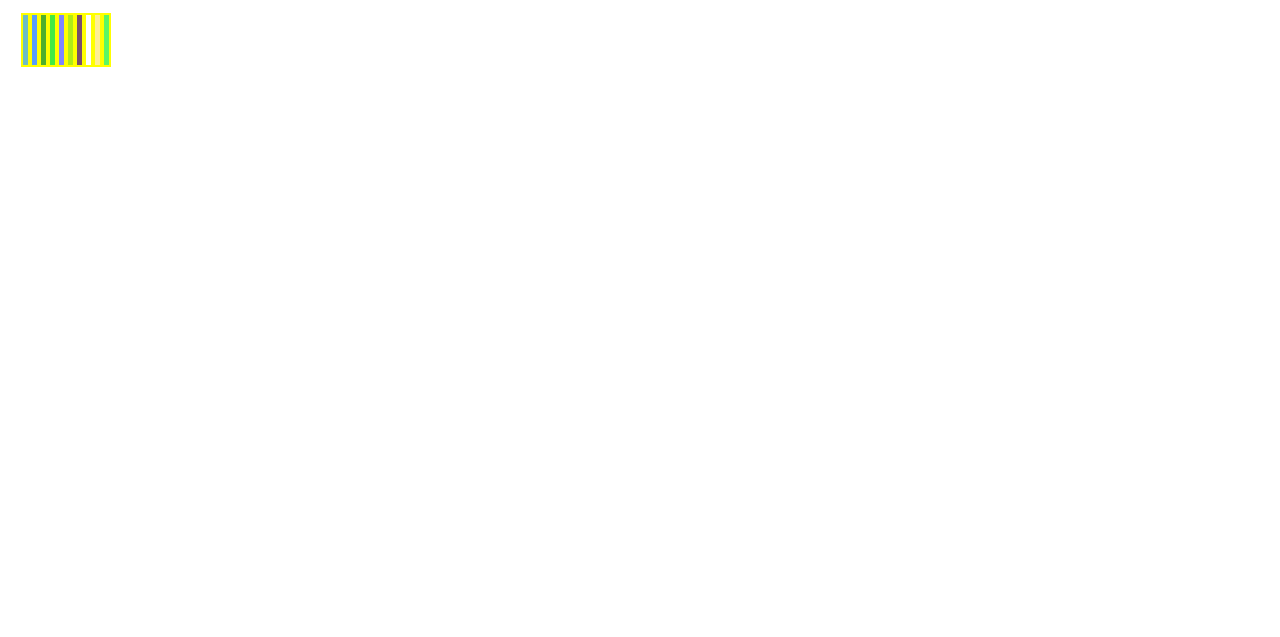
Repository: batonAnton/cursor_hw_10
Page: index.html
These files come from the project's save history. The page is drawn as it stood at one moment and after the next save; the edit follows.
The browser window is 1280 px wide. The pictures show the whole page.

Above is the page before, as saved 2023-01-31 14:09:40.

### index.html
<!DOCTYPE html>
<html lang="en">
<head>
    <meta charset="UTF-8">
    <meta http-equiv="X-UA-Compatible" content="IE=edge">
    <meta name="viewport" content="width=device-width, initial-scale=1.0">
    <title>DOM</title>
    <link rel="stylesheet" href="./css/style.css">
</head>
<body>
    <div class="wrapper">
        <div class="container">
            <div class="row"></div>



            </div>
            <!-- <div id="myDiv" class="box"></div> -->

            </div>
    </div>

    <script src="/index.js"></script>
</body>
</html>

### css/style.css
/* .wrapper{
    margin: 50px auto;
} */
.container{
    display: flex;
    justify-content: center;

}
.box{
    width: 50px;
    height: 50px;
    /* background-color: #FA8072; */
    margin: 5px 0;
    border: 2px solid yellow;
}

.row{
    display: flex;
    justify-content: center;
}

.container {
    display: grid;
            grid-template-columns: repeat(5, 90px);
            grid-auto-rows: 50px;
            grid-gap: 10px;
            width: 516px;
  }
  .div  {
    width: 90px;
    flex: 0 0 50px;
    margin: 5px;
    background-color: red;
  }

### index.js
const row = document.querySelector(".row");

function generateBlocks(){
    // for(let i = 0; i < 5; i++){
        for(let i = 0; i < 10; i++){
            const div = document.createElement("div");
            div.style.backgroundColor = "#" + Math.floor(Math.random()*16777215).toString(16);
            div.classList.add("box");
            row.prepend(div);


        }
}
// }

generateBlocks();
// function changeBackGround() {
//     const randomColor = Math.floor(Math.random()*16777215).toString(16);
//      document.getElementById("myDiv").style.backgroundColor = "#" + randomColor;
//     console.log(block);

// }
// // }

// generateBlocks();

// function generateBlocksInterval(){
//     const randomColor = Math.floor(Math.random()*16777215).toString(16);
//     const element = document.querySelectorAll("div")
//     myDiv.style.backgroundColor = "#" + randomColor;
//     myDiv.innerHTML = "#" + randomColor;
// }

// generateBlocksInterval();

After the next save:
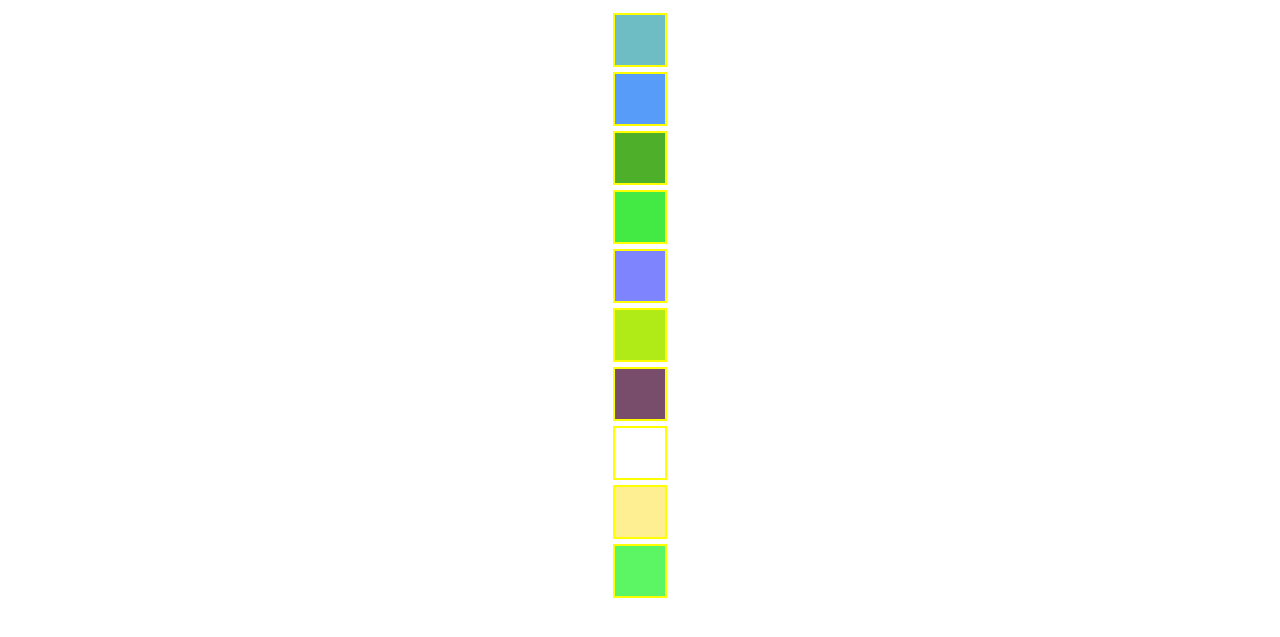
Saved 5 min 5 s later.
--- a/css/style.css
+++ b/css/style.css
@@ -14,21 +14,11 @@
     border: 2px solid yellow;
 }
 
-.row{
+ #container .container  {
+    width: 250px;
+    height: 250px;
+    margin: 2% auto;
     display: flex;
-    justify-content: center;
+    flex-wrap: wrap;
+
 }
-
-.container {
-    display: grid;
-            grid-template-columns: repeat(5, 90px);
-            grid-auto-rows: 50px;
-            grid-gap: 10px;
-            width: 516px;
-  }
-  .div  {
-    width: 90px;
-    flex: 0 0 50px;
-    margin: 5px;
-    background-color: red;
-  }
